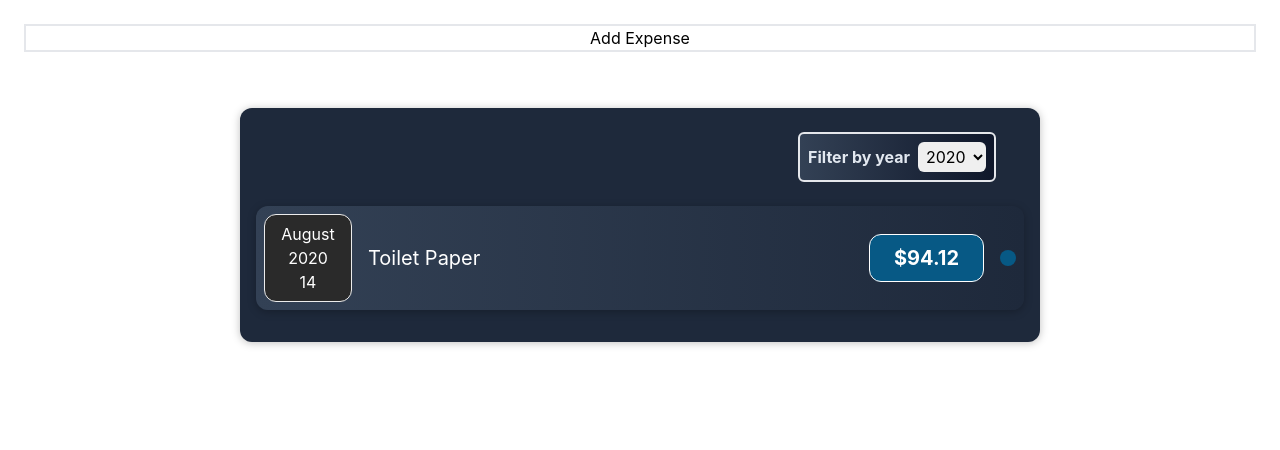
Repository: Sef24/expense-tracker
Page: /
These files come from the project's save history. The page is drawn as it stood at one moment and after the next save; the edit follows.
The browser window is 1280 px wide. The pictures show the whole page.
The project was rebuilt for these pictures with package versions that can differ from the ones it lists, and the page was loaded fresh each time. Also part of the build but not shown: src/components/NewExpense/NewExpense.css, src/components/NewExpense/ExpenseForm.css, src/components/NewExpense/ExpenseForm.js.

Above is the page before, as saved 2022-05-03 16:30:41.

After the next save:
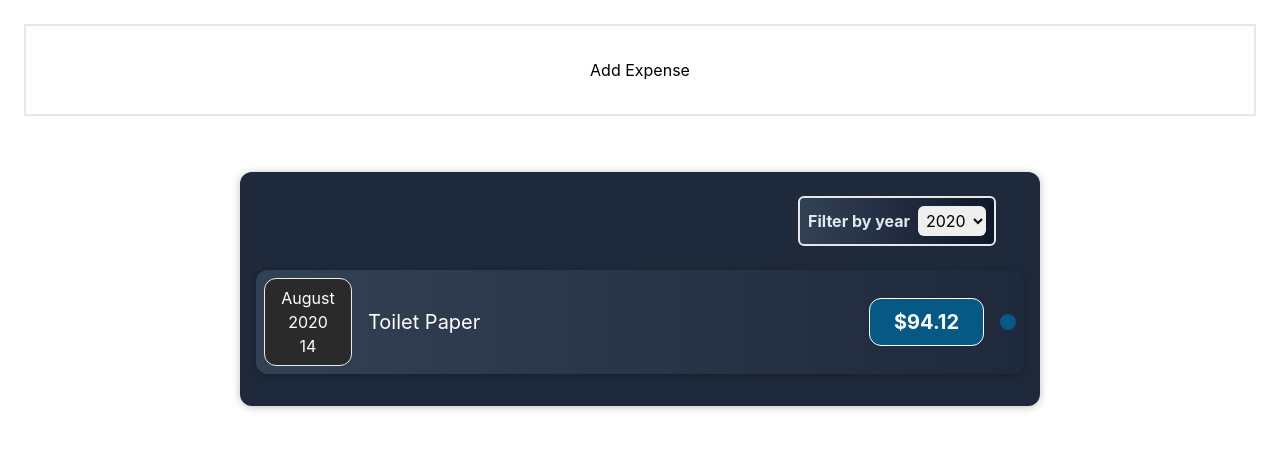
Saved 6 s later.
--- a/src/components/NewExpense/NewExpense.js
+++ b/src/components/NewExpense/NewExpense.js
@@ -29,7 +29,7 @@ function NewExpense(props) {
       {!isEditing && (
         <button
           onClick={startEditingHandler}
-          className="flex w-full items-center justify-center border-2"
+          className="flex w-full items-center justify-center border-2 p-8"
         >
           Add Expense
         </button>
